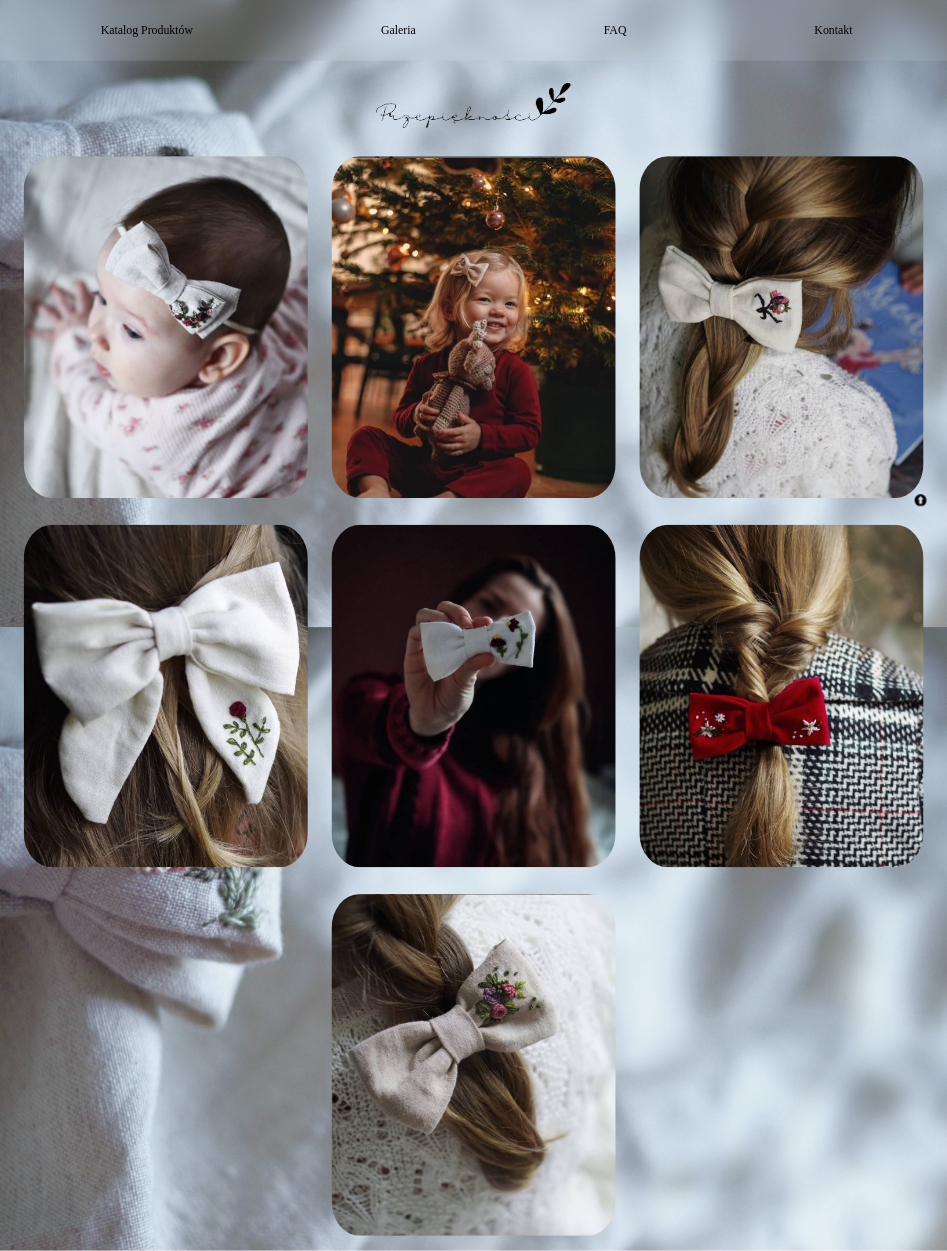
Repository: kowalkos/Rak_projekt
Page: /galeria
An editor plug-in stored every save of this project. The page is shown before and after the next save, followed by the edit.
The browser window is 1280 px wide. The pictures show the whole page, at 74% of full size.
Backgrounds fixed to the window are drawn as part of the page. The project was rebuilt for these pictures with package versions that can differ from the ones it lists, and the page was loaded fresh each time. Also part of the build but not shown: src/components/produkty/Produkt.css, src/components/produkty/produkt.js, src/components/main/Main.js, src/components/FAQ/Faq.js, src/components/about/About.css, src/components/about/About.js.

Above is the page before, as saved 2022-01-19 14:56:12.

After the next save:
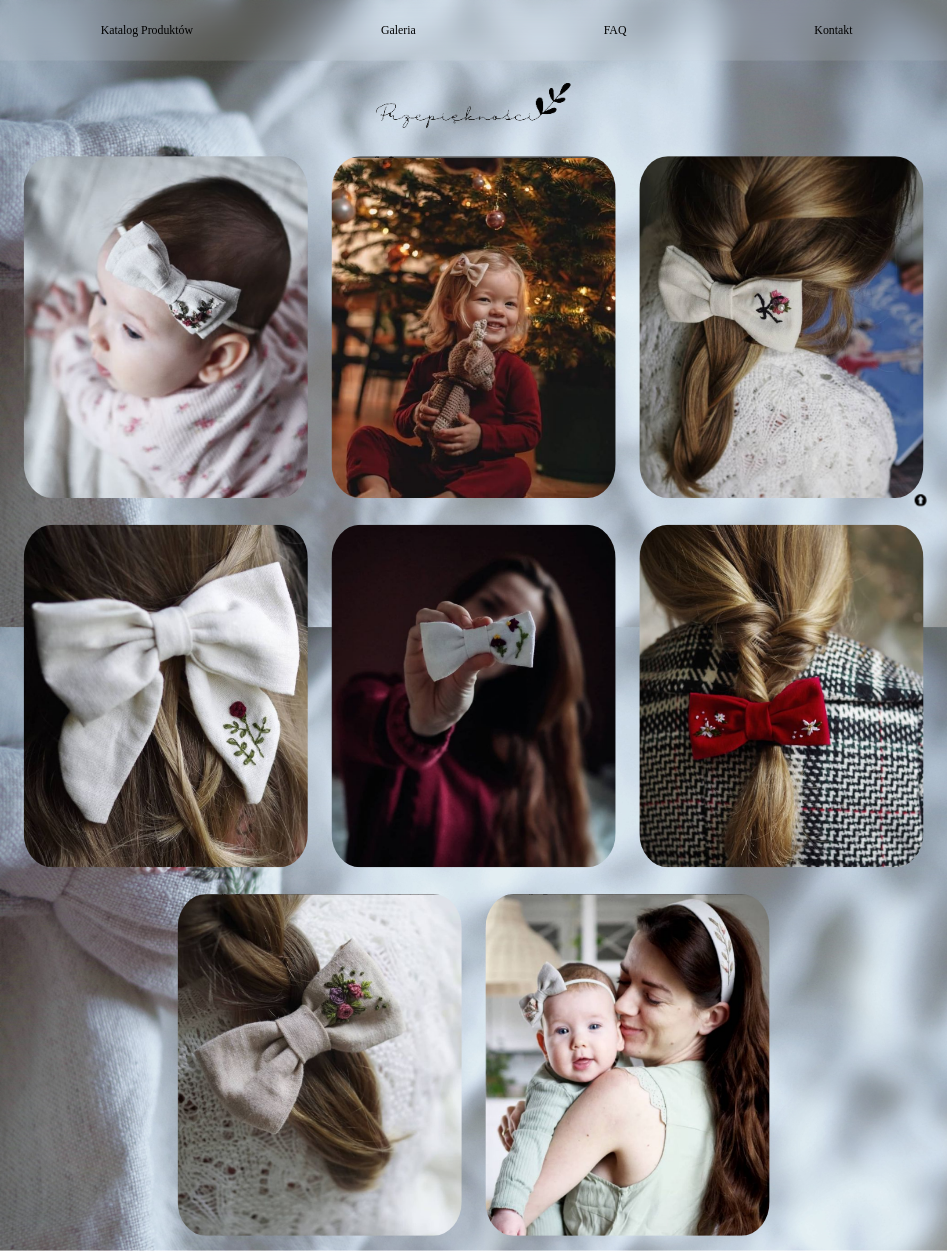
Saved 109 s later.
--- a/src/components/galeria/Galeria.js
+++ b/src/components/galeria/Galeria.js
@@ -6,7 +6,7 @@ import p5 from '../../img/unknown5.png';
 import p6 from '../../img/unknown6.png';
 import p7 from '../../img/unknown7.png';
 import "./Galeria.css";
-//import p8 from '../../img/unknown8.png';
+import p8 from '../../img/unknown8.png';
 function Galeria(props){
     return <div className="grid-container">
 
@@ -17,7 +17,7 @@ function Galeria(props){
        <img className='photo' src={p5}/>
        <img className='photo' src={p6}/>
        <img className='photo' src={p7}/>
-       {/* <img className='photo' src={p8}/> */}
+       <img className='photo' src={p8}/>
 
         {/* //<img src={p8}/> */}
     </div>;
